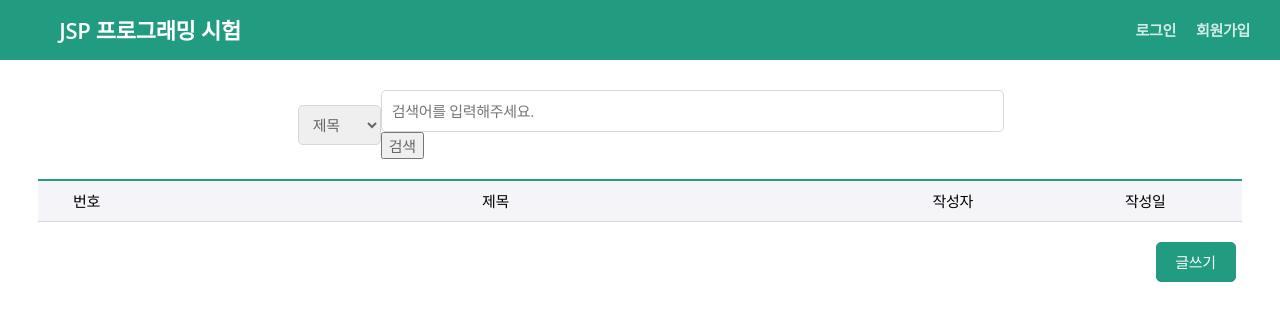
Repository: yujin149/noticeJSP
Page: http://localhost/BBS/bbs.jsp
An editor plug-in stored every save of this project. The page is shown before and after the next save, followed by the edit.
The browser window is 1280 px wide. The pictures show the whole page.
Some web libraries are served in a nearby version. The page is served by Tomcat 9. Other server files are loaded and not shown. Queries for data that is not in the repository find no rows.

Above is the page before, as saved 2024-11-29 06:49:54.

### BBS/src/main/webapp/bbs.jsp
<%@ page language="java" contentType="text/html; charset=UTF-8"
	pageEncoding="UTF-8"%>
<%@ page import="java.io.PrintWriter"%>
<%@ page import="bbs.BbsDAO"%>
<%@ page import="bbs.Bbs"%>
<%@ page import="java.util.ArrayList"%><!-- 게시판 목록을 출력하기 위해 -->
<!DOCTYPE html>
<html>
<head>
<meta charset="UTF-8">
<meta name="viewport" content="width=device-width" , initial-scale="1">
<link rel="stylesheet" href="css/reset.css">
<link rel="stylesheet" href="css/font.css">
<link rel="stylesheet" href="css/style.css">
<title>JSP 프로그래밍 시험</title>


</head>
<body>
	<div class="bbsWrap">
		<%
		String userID = null;
		if (session.getAttribute("userID") != null) {
			userID = (String) session.getAttribute("userID");
		}

		int pageNumber = 1;
		if (request.getParameter("pageNumber") != null) {
			pageNumber = Integer.parseInt(request.getParameter("pageNumber"));
		}
		%>
		<nav class="navWrap">
			<h1>
				<a href="bbs.jsp">JSP 프로그래밍 시험</a>
			</h1>

			<%
			if (userID == null) {
			%>
			<ul class="userMenu">
				<li><a href="login.jsp">로그인</a></li>
				<li><a href="join.jsp">회원가입</a></li>
			</ul>
			<%
			} else {
			%>
			<ul class="userMenu">
				<li><a href="logoutAction.jsp">로그아웃</a></li>
			</ul>
			<%
			}
			%>
		</nav>

		<div class="container">

			<div class="searchWrap">
				<form action="searchAction.jsp" method="get">
					<select name="searchField">
						<option value="bbsTitle">제목</option>
						<option value="userID">작성자</option>
					</select>
					<div class="search">
						<input type="text" name="searchText" placeholder="검색어를 입력해주세요.">
						<button type="submit" class="btn">검색</button>
					</div>
				</form>
			</div>
			<div class="tableWrap">
				<table>
					<colgroup>
						<col style="width: 8%">
						<col style="width: *">
						<col style="width: 16%">
						<col style="width: 16%">
					</colgroup>
					<thead>
						<tr>
							<th>번호</th>
							<th>제목</th>
							<th>작성자</th>
							<th>작성일</th>

						</tr>
					</thead>
					<tbody>
						<%
						BbsDAO bbsDAO = new BbsDAO();
						ArrayList<Bbs> list = bbsDAO.getList(pageNumber);
						for (int i = 0; i < list.size(); i++) {
						%>
						<tr>
							<td><%=list.get(i).getBbsNum()%></td>
							<td style="text-align: left;"><a
								href="view.jsp?bbsID=<%=list.get(i).getBbsNum()%>"> <%=list.get(i).getBbsTitle().replaceAll(" ", "&nbsp;").replaceAll("<", "&lt;").replaceAll(">", "&gt;")
		.replaceAll("\n", "<br>")%></a></td>

							<td><%=list.get(i).getUserID()%></td>
							<td><%=list.get(i).getBbsDate().substring(0, 11)%></td>
						</tr>
						<%
						}
						%>
					</tbody>

				</table>

			</div>
			<div class="btnWrap">
				<div class="prevnextBtn">
					<%
					if (pageNumber != 1) {
					%>
					<a href="bbs.jsp?pageNumber=<%=pageNumber - 1%>"
						class="btn btn-success btn-arraw-left">이전</a>
					<%
					}
					if (bbsDAO.nextPage(pageNumber + 1)) {
					%>
					<a href="bbs.jsp?pageNumber=
				<%=pageNumber + 1%>"
						class="btn btn-success btn-arraw-left">다음</a>
					<%
					}
					%>
				</div>
				<a href="write.jsp" class="btn btn-primary pull-right green-btn">글쓰기</a>
			</div>
		</div>
	</div>

	<script src="http://code.jquery.com/jquery-3.1.1.min.js"></script>
</body>
</html>

### BBS/src/main/java/bbs/BbsDAO.java
package bbs;

import java.sql.Connection;
import java.sql.DriverManager;
import java.sql.PreparedStatement;
import java.sql.ResultSet;
import java.util.ArrayList;

public class BbsDAO {
	private Connection conn;
	private ResultSet rs;

	public BbsDAO()
	{
		try
		{
			String dbURL = "jdbc:mysql://localhost:3306/testjsp";

			String dbID = "root";
			String dbPassword = "1234";
			Class.forName("com.mysql.jdbc.Driver");

			conn = DriverManager.getConnection(dbURL, dbID, dbPassword);
		}catch(Exception e)
		{
			e.printStackTrace();
		}
	}

	// 게시판 글쓰기를 위한 함수
	public String getDate()
	{
		String SQL = "SELECT NOW()";
		try {
			PreparedStatement pstmt = conn.prepareStatement(SQL);
			rs = pstmt.executeQuery();

			if(rs.next()) {
				return rs.getString(1);
			}

		} catch(Exception e) {
			e.printStackTrace();
		}
		return "";
	}

	public int getNext() // 게시글 번호 입력 함수
	{
		String SQL = "SELECT bbsNum FROM BBS ORDER BY bbsNum DESC";
		try {
			PreparedStatement pstmt = conn.prepareStatement(SQL);
			rs = pstmt.executeQuery();

			if(rs.next()) {
				return rs.getInt(1) + 1;
			}
			return 1;

		} catch(Exception e) {
			e.printStackTrace();
		}
		return -1;
	}

	public int write(String bbsTitle, String userID, String bbsContent)
	{
		String SQL = "INSERT INTO BBS VALUES (?, ?, ?, ?, ?, ?)";

		try {
			PreparedStatement pstmt = conn.prepareStatement(SQL);
			pstmt.setInt(1, getNext());
			pstmt.setString(2, bbsTitle);
			pstmt.setString(3, userID);
			pstmt.setString(4, getDate());
			pstmt.setString(5, bbsContent);
			pstmt.setInt(6, 1);

			return pstmt.executeUpdate();

		} catch(Exception e) {
			e.printStackTrace();
		}
		return -1;
	}

	public ArrayList<Bbs> getList(int pageNumber)
	{
		String SQL = "SELECT * FROM BBS WHERE bbsNum < ?  AND bbsAvailable = 1 ORDER BY bbsNum DESC LIMIT 10";

		ArrayList<Bbs> list = new ArrayList<Bbs>();
		try {
			PreparedStatement pstmt = conn.prepareStatement(SQL);
			pstmt.setInt(1, getNext() - (pageNumber - 1) * 10);

			rs = pstmt.executeQuery();

			while(rs.next()) {
				Bbs bbs = new Bbs();
				bbs.setBbsNum(rs.getInt(1));
				bbs.setBbsTitle(rs.getString(2));
				bbs.setUserID(rs.getString(3));
				bbs.setBbsDate(rs.getString(4));
				bbs.setBbsContent(rs.getString(5));
				bbs.setBbsAvailable(rs.getInt(6));
			    list.add(bbs);
			}
		} catch(Exception e) {
			e.printStackTrace();
		}
		return list;
	}

	public boolean nextPage(int pageNumber)
	{
		String SQL = "SELECT * FROM BBS WHERE bbsNum < ?  AND bbsAvailable = 1 ORDER BY bbsNUm DESC LIMIT 10";

		try {
			PreparedStatement pstmt = conn.prepareStatement(SQL);
			pstmt.setInt(1, getNext() - (pageNumber - 1) * 10);

			rs = pstmt.executeQuery();

			if(rs.next()) {
				return true;
			}
		} catch(Exception e) {
			e.printStackTrace();
		}
		return false;
	}

	public Bbs getBbs(int bbsNum) {
		String SQL = "SELECT * FROM BBS WHERE bbsNum = ?";
		try {
			PreparedStatement pstmt = conn.prepareStatement(SQL);
	        pstmt.setInt(1, bbsNum);
	        rs = pstmt.executeQuery();

			if(rs.next()) {
	            Bbs bbs = new Bbs();
	            bbs.setBbsNum(rs.getInt(1));
	            bbs.setBbsTitle(rs.getString(2));
	            bbs.setUserID(rs.getString(3));
	            bbs.setBbsDate(rs.getString(4));
	            bbs.setBbsContent(rs.getString(5));
	            bbs.setBbsAvailable(rs.getInt(6));
	            return bbs;
	        }
		} catch(Exception e) {
	        e.printStackTrace();
	    }
		return null;
	}

	public int update(int bbsNum, String bbsTitle, String bbsContent) {
		String SQL = "UPDATE BBS SET bbsTitle = ?, bbsContent =? WHERE bbsNum = ?";
		try {
			PreparedStatement pstmt = conn.prepareStatement(SQL);
			pstmt.setString(1, bbsTitle);
			pstmt.setString(2, bbsContent);
			pstmt.setInt(3, bbsNum);
			return pstmt.executeUpdate();
		}catch(Exception e){
			e.printStackTrace();
		}
		return -1;
	}

	public int delete(int bbsNum) {
		String SQL = "UPDATE BBS SET bbsAvailable = 0 WHERE bbsNum = ?";
		try {
			PreparedStatement pstmt = conn.prepareStatement(SQL);
			pstmt.setInt(1, bbsNum);
			return pstmt.executeUpdate();
		}catch(Exception e){
			e.printStackTrace();
		}
		return -1;
	}


	public ArrayList<Bbs> getSearch(String searchField, String searchText) {
	    String SQL = "";
	    ArrayList<Bbs> list = new ArrayList<Bbs>();

	    try {
	        if(searchField.equals("bbsTitle")) {
	            SQL = "SELECT * FROM BBS WHERE bbsTitle LIKE ? AND bbsAvailable = 1 ORDER BY bbsNum DESC";
	        } else if(searchField.equals("userID")) {
	            SQL = "SELECT * FROM BBS WHERE userID LIKE ? AND bbsAvailable = 1 ORDER BY bbsNum DESC";
	        }

	        PreparedStatement pstmt = conn.prepareStatement(SQL);
	        pstmt.setString(1, "%" + searchText + "%");
	        rs = pstmt.executeQuery();

	        while(rs.next()) {
	            Bbs bbs = new Bbs();
	            bbs.setBbsNum(rs.getInt(1));
	            bbs.setBbsTitle(rs.getString(2));
	            bbs.setUserID(rs.getString(3));
	            bbs.setBbsDate(rs.getString(4));
	            bbs.setBbsContent(rs.getString(5));
	            bbs.setBbsAvailable(rs.getInt(6));
	            list.add(bbs);
	        }
	    } catch(Exception e) {
	        e.printStackTrace();
	    }
	    return list;
	}

}

### BBS/src/main/webapp/css/reset.css
@charset "UTF-8";

html, body, div, span, applet, object, iframe,
h1, h2, h3, h4, h5, h6, p, blockquote, pre,
a, abbr, acronym, address, big, cite, code,
del, dfn, em, img, ins, kbd, q, s, samp,
small, strike, strong, sub, sup, tt, var,
b, u, i, center,
dl, dt, dd, ol, ul, li,
fieldset, form, label, legend,
table, caption, tbody, tfoot, thead, tr, th, td,
article, aside, canvas, details, embed,
figure, figcaption, footer, header, hgroup,
menu, nav, output, ruby, section, summary,
time, mark, audio, video {
	margin: 0;
	padding: 0;
	border: 0;
	font-size: 100%;
	font: inherit;
	vertical-align: inherit;
	box-sizing:border-box;
	transition:all .3s;
}
/* HTML5 display-role reset for older browsers */
article, aside, details, figcaption, figure,
footer, header, hgroup, menu, nav, section {
	display: block;
}
body {
	line-height: 1;
}
ol, ul {
	list-style: none;
}
blockquote, q {
	quotes: none;
}
blockquote:before, blockquote:after,
q:before, q:after {
	content: '';
	content: none;
}
table {
	border-collapse: collapse;
	border-spacing: 0;
}

button,
input,
select,
textarea {
	font-family: inherit; /* 1 */
	font-size: 100%; /* 2 */
	margin: 0; /* 3 */
}

button,
input {
	line-height: normal;
}

button,
select {
	text-transform: none;
}

button,
html input[type="button"], /* 1 */
input[type="reset"],
input[type="submit"] {
	-webkit-appearance: button; /* 2 */
	cursor: pointer; /* 3 */
}

button[disabled],
html input[disabled] {
	cursor: default;
    background: #f5f5f5;
    color:#666;
}

input[type="checkbox"],
input[type="radio"] {
	box-sizing: border-box; /* 1 */
	padding: 0; /* 2 */
}

input[type="search"] {
	-webkit-appearance: textfield; /* 1 */
	-moz-box-sizing: content-box;
	-webkit-box-sizing: content-box; /* 2 */
	box-sizing: content-box;
}

input[type="search"]::-webkit-search-cancel-button,
input[type="search"]::-webkit-search-decoration {
	-webkit-appearance: none;
}

button::-moz-focus-inner,
input::-moz-focus-inner {
	border: 0;
	padding: 0;
}

textarea {
	overflow: auto; /* 1 */
	vertical-align: top; /* 2 */
}
a {text-decoration:none;}
address {font-style:normal;}

caption {display:none}

### BBS/src/main/webapp/css/font.css
@charset "UTF-8";

@font-face {
    font-family: "Noto Sans KR";
    src: url('https://fonts.googleapis.com/css2?family=Noto+Sans+KR:wght@100;300;400;500;700;900&display=swap');
         unicode-range: U+AC00-D7A3;
        }

@font-face {
    font-family: 'roboto';
    src: url('https://fonts.googleapis.com/css2?family=Roboto:wght@100;300;400;500;700;900&display=swap');
         unicode-range: U+0030-0039;
}


html, body, table, input, textarea, nav, button, div, p, span,
#main_wrap span, h1, h2, h3, h4, h6, tr, td, ol, ul, li, select, pre {
    font-size:15px;
    font-family:"Noto Sans KR","roboto","Open Sans",Malgun Gothic,"맑은 고딕",AppleGothic,Dotum,"돋움",sans-serif;
    color:#666;letter-spacing: -0.3px; font-weight: 400;
}


.notosanskr {
 font-family: 'Noto Sans KR', sans-serif;
}

.roboto {
 font-family: 'roboto', sans-serif;
}

### BBS/src/main/webapp/css/style.css
@charset "UTF-8";
.bbsWrap{width:100%; margin:0 auto;}
.navWrap{width:100%; height:60px; background:#219c80; display:flex;
justify-content: space-between; align-items: center;padding: 0 30px;}
.navWrap h1 a{color:#fff; font-size:22px; font-weight:600; display:flex;
justify-content: center; align-items: center; width:240px; height:60px;}

.navWrap .userMenu{display:flex; justify-content: flex-end; align-items: center;}
.navWrap .userMenu a{color:rgba(255,255,255,0.8); font-size:15px; padding:0 10px;
font-weight:600;}
.navWrap .userMenu li:last-child a{padding-right:0;}
.navWrap .userMenu li.active a{color:#fff;}
.navWrap .userMenu a:hover{color:#fff;}


.bbsWrap .container{width:94%; margin:30px auto 0;}
.bbsWrap .container .tableWrap{width:100%; border-top: 2px solid #219c80;
border-bottom: 1px solid #d7d7d7;}

.bbsWrap .container .tableWrap table{table-layout: fixed; border-collapse: collapse;
width:100%;}
.bbsWrap .container .tableWrap table tr th{display:table-cell; vertical-align:middle; padding:0 10px; background: #f4f4f9;
height: 40px; font-size: 15px; color:#000;}
.bbsWrap .container .tableWrap table tr td{display:table-cell; vertical-align:middle; padding:0 10px; font-size: 15px;
border-top: 1px solid #d7d7d7; line-height: 1.3; height: 50px; text-align: center; cursor:pointer;}

.bbsWrap .container .tableWrap table tr td a{color:#666; display:block;}

.bbsWrap .container .tableWrap table tr:hover td{background:#f4f4f9;}

.bbsWrap .container .tableWrap.writeTable table tr td{border-top:none; border-bottom:1px solid #d7d7d7; padding:0; cursor:auto;}
.bbsWrap .container .tableWrap.writeTable table tr:hover td, .bbsWrap .container .tableWrap.viewTable table tr:hover td{background:inherit;}
.bbsWrap .container .writeTable table tr td input{width:100%; height:100%; border:none; padding:0 20px; outline:none;}
.bbsWrap .container .writeTable table tr td textarea{width:100%; min-height:580px; border:none; padding:20px; outline:none;
resize:none;}

.bbsWrap .container .tableWrap.viewTable table tr th{height:50px;}
.bbsWrap .container .viewTable table tr td{cursor:auto;}
.bbsWrap .container .viewTable table tr td.tit {color:#000; background:#f4f4f9;}
.bbsWrap .container .viewTable table tr:hover td.tit {color:#000; background:#f4f4f9;}
.bbsWrap .container .viewTable table tr td.text {text-align:left;}
.bbsWrap .container .viewTable table tr td.textBox{padding:20px;}


.btnWrap{display:flex;justify-content: space-between; align-items: center; margin-top:20px;}
.btnWrap .prevnextBtn{display:flex;}
.btnWrap .btn{display:flex;justify-content: center;align-items: center;
width:50px; height:40px; background:#eee; border-radius:5px; border:1px solid #d7d7d7; color:#666; margin-right:6px;}
.btnWrap .btn:hover{background:#219c80; color:#fff; border-color:#219c80;}
.btnWrap .btn.green-btn{background:#219c80; color:#fff; width:80px; border-color:#219c80;}


/*로그인*/
.loginWrap{width:480px; margin:60px auto 0; background: #fff; box-shadow: 3px 3px 5px rgba(55, 55, 55, 0.1);
padding:60px;}
.loginWrap h2{font-size:28px; font-weight:600; text-align:center; color:#000; margin-bottom:40px;}
.loginWrap ul li{margin-bottom:10px;}
.loginWrap ul li input {width:100%; height:40px; border:1px solid #d7d7d7;
border-radius:5px; outline:none; padding:0 10px; box-sizing:border-box;}
.loginWrap .loginBtn{width:100%; background:#219c80; color:#fff; border-radius:5px;
border:1px solid #219c80; height:40px; font-size:16px; font-weight:600; height:45px;}

.loginWrap ul li input[type='radio'] {
  -webkit-appearance: none;-moz-appearance: none;appearance: none; width: 15px;
  height: 15px; border: 1px solid #d7d7d7; border-radius: 50%; outline: none;  cursor: pointer; padding:0;}
.loginWrap ul li input[type='radio']:checked { background: #219c80; border: 3px solid white; box-shadow: 0 0 0 1px #219c80;}

.loginWrap ul li.radioList{display:flex; justify-content: center; align-items:center; padding:10px 0;}
.loginWrap ul li.radioList label{display:flex; justify-content: flex-start; align-items:center; cursor:pointer;}
.loginWrap ul li.radioList label input{margin-right:5px;}
.loginWrap ul li.radioList label:first-child{margin-right:20px;}


/*검색조건*/
.searchWrap{margin-bottom:20px;}
.searchWrap form{display:flex; justify-content: center; align-items: center;}
.searchWrap input, .searchWrap select{height:40px; border:1px solid #d7d7d7;
padding:0 10px; border-radius:5px;}
.searchWrap .search{width:50%;}
.searchWrap input{width:100%; margin-right:10px;}

After the next save:
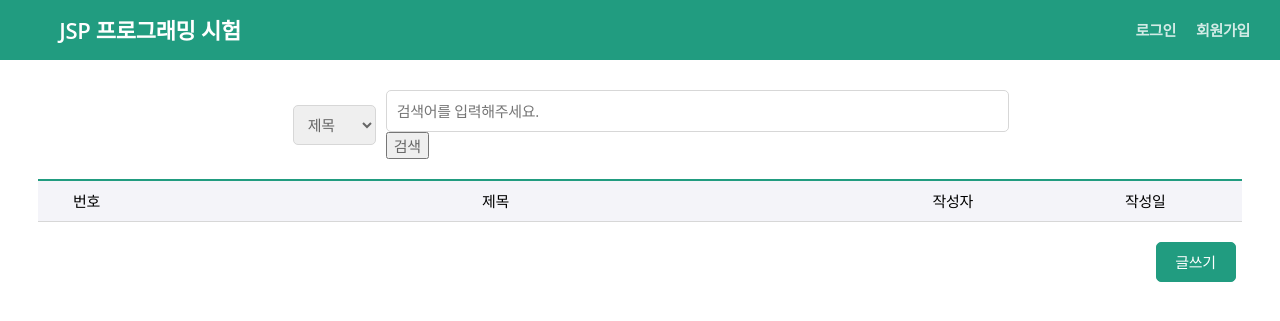
Saved 47 s later.
--- a/BBS/src/main/webapp/css/style.css
+++ b/BBS/src/main/webapp/css/style.css
@@ -77,4 +77,5 @@ border:1px solid #219c80; height:40px; font-size:16px; font-weight:600; height:4
 .searchWrap input, .searchWrap select{height:40px; border:1px solid #d7d7d7;
 padding:0 10px; border-radius:5px;}
 .searchWrap .search{width:50%;}
+.searchWrap select{margin-right:10px;}
 .searchWrap input{width:100%; margin-right:10px;}
